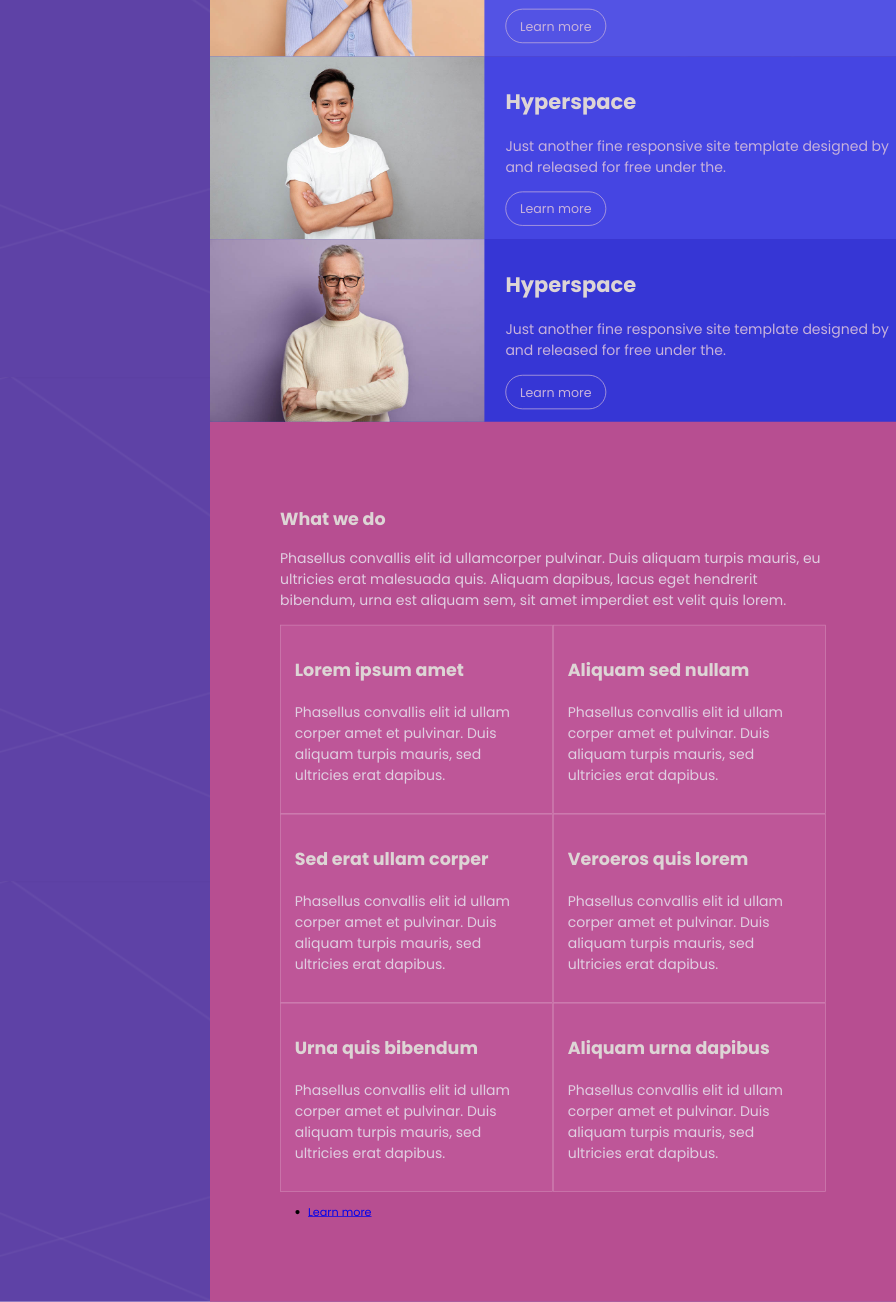
Repository: zai31/KIMIT_Tasks
Page: JsSession8/index.html
The author's editor kept a copy of each file at every save. The page is drawn from the files as they stood at one save, then again after the next save.
The browser window is 1280 px wide. The pictures show the part of the page from y = 901 to 2821 px (the page is 2761 px tall before and 2821 px after), at 70% of full size.
Backgrounds fixed to the window are drawn as part of the page.

Above is the page before, as saved 2025-09-15 20:50:56.

### JsSession8/index.html
<!DOCTYPE html>
<html lang="en">
<head>
    <meta charset="UTF-8">
    <meta name="viewport" content="width=device-width, initial-scale=1.0">
    <link rel="stylesheet" href="./css/style.css">
    <title>Responsive</title>
</head>

<body>
    <section  class="flex-section">
        <div class="menu">
        <ul>
            <li><a href="#">welcome</a></li>
            <li><a href="#">who are we</a></li>
            <li><a href="#">what we do</a></li>
            <li><a href="#">get in touch</a></li>
        </ul>
</div>
<div class="section">
    <div class="content">
      <div class="intro">
							<h1>Hyperspace</h1>
							<p>Just another fine responsive site template designed by <a href="https://html5up.net">HTML5 UP</a><br>
							and released for free under the <a href="https://html5up.net/license">Creative Commons</a>.</p>
							<button>Learn more</button>

						</div>
    <div class="overview">
        <div class="s" style="background-color: rgb(83, 83, 228);">
           <img src="./images/1.jpg" alt="">

							<div ><h1>Hyperspace</h1>
                                <p>Just another fine responsive site template designed by
							and released for free under the.</p>
							<button>Learn more</button></div>
        </div>
        <div class="s" style="background-color: rgb(69, 69, 226);">
            <img src="./images/2.jpg" alt="">
							<div >
                                           	<h1>Hyperspace</h1>
<p>Just another fine responsive site template designed by
							and released for free under the.</p>
							<button>Learn more</button></div>
        </div>
        <div class="s" style="background-color: rgb(54, 54, 213);">
            <img src="./images/3.jpg" alt="">
							<div >
                                           	<h1>Hyperspace</h1>
<p>Just another fine responsive site template designed by
							and released for free under the.</p>
							<button>Learn more</button></div>
        </div>
    <div class="what">
							<h2>What we do</h2>
							<p>Phasellus convallis elit id ullamcorper pulvinar. Duis aliquam turpis mauris, eu ultricies erat malesuada quis. Aliquam dapibus, lacus eget hendrerit bibendum, urna est aliquam sem, sit amet imperdiet est velit quis lorem.</p>
							<div class="features">
								<section>
									<span class="icon fa-code"></span>
									<h3>Lorem ipsum amet</h3>
									<p>Phasellus convallis elit id ullam corper amet et pulvinar. Duis aliquam turpis mauris, sed ultricies erat dapibus.</p>
								</section>
								<section>
									<span class="icon  fa-lock"></span>
									<h3>Aliquam sed nullam</h3>
									<p>Phasellus convallis elit id ullam corper amet et pulvinar. Duis aliquam turpis mauris, sed ultricies erat dapibus.</p>
								</section>
								<section>
									<span class="icon  fa-cog"></span>
									<h3>Sed erat ullam corper</h3>
									<p>Phasellus convallis elit id ullam corper amet et pulvinar. Duis aliquam turpis mauris, sed ultricies erat dapibus.</p>
								</section>
								<section>
									<span class="icon  fa-desktop"></span>
									<h3>Veroeros quis lorem</h3>
									<p>Phasellus convallis elit id ullam corper amet et pulvinar. Duis aliquam turpis mauris, sed ultricies erat dapibus.</p>
								</section>
								<section>
									<span class="icon  fa-link"></span>
									<h3>Urna quis bibendum</h3>
									<p>Phasellus convallis elit id ullam corper amet et pulvinar. Duis aliquam turpis mauris, sed ultricies erat dapibus.</p>
								</section>
								<section>
									<span class="icon  fa-gem"></span>
									<h3>Aliquam urna dapibus</h3>
									<p>Phasellus convallis elit id ullam corper amet et pulvinar. Duis aliquam turpis mauris, sed ultricies erat dapibus.</p>
								</section>
							</div>
							<ul class="actions">
								<li><a href="generic.html" class="button">Learn more</a></li>
							</ul>

    </div>
                        </div>
                        </div>
                    </section>
</body>
</html>

### JsSession8/CSS/style.css
@import url("https://fonts.googleapis.com/css2?family=Poppins:ital,wght@0,100;0,200;0,300;0,400;0,500;0,600;0,700;0,800;0,900;1,100;1,200;1,300;1,400;1,500;1,600;1,700;1,800;1,900&display=swap");

* {
    box-sizing: border-box;
    font-family: "Poppins", sans-serif;
}

:root {
    --sidebar-color: #312450;
    --primary-color: #5e42a6;
    --secondary-color: #b74e91;
    --section-bg-color: #c7b2dc;
    --dark-color: #000000;
    --navbar-bg-color: #273053;
    --p-color: #717275;
    --highlight-icon-color: #ff0100;
    --main-transition: 0.5s all ease-in-out;
}


html,
body {
    height: 100%;
    margin: 0;
    padding: 0;
}

.flex-section {
    display: flex;
    flex-direction: row;

}

/*side bar*/
.flex-section .menu {
    min-height: 100vh;
    /* ensures sidebar spans at least the full screen */
    height: auto;
    /* lets it grow with content */
    width: 300px;
    top: 0;
    left: 0;
    position: fixed;
    background-color: var(--sidebar-color);
    padding: 145px 30px;
    box-shadow: 0 0 10px rgba(0, 0, 0, 0.1);
}

.flex-section .menu ul {
    list-style: none;
    padding: 0;
    margin: 0;
    text-align: right;
}

.flex-section .menu ul li {
    margin-bottom: 10px;
    font-size: 20px;
    position: relative;
    /* needed for ::after positioning */
    padding-bottom: 10px;
}

.flex-section .menu ul li a {
    text-decoration: none;
    color: #8b82a1;

}

.flex-section .menu ul li::after {
    content: "";
    position: absolute;
    left: 0;
    bottom: 0;
    width: 100%;
    /* stick to the bottom */
    height: 2px;
    background-color: #8b82a1;
    /* thickness of underline */
    transition: width 0.3s ease;
}

/*use js*/
.flex-section .menu ul li a:hover::after {
    width: 100%;
    /* expand underline on hover */
}


.flex-section .menu ul li a:hover {
    color: #b5b8bf;
}

.flex-section .menu ul li a:active {
    color: #5e42a6;
}

.flex-section .menu ul li a:active::after {
    background: linear-gradient(to right, #4b0082, #8b00ff, #981196);
}






/*content first section */
.flex-section .section {
    flex: 1;
    background-color: var(--section-bg-color);
    background-attachment: fixed;
    background-image: url("../assets/css/images/Screenshot\ 2025-09-15\ 075920.png");
    background-position: top right;
    background-repeat: no-repeat;
    background-size: 100% 100%;
    padding-left: 300px;
}

.flex-section .section .content {
    display: flex;
    flex-direction: column;
    width: 100%;
}

.flex-section .section .content .intro {
    padding: 100px;
    width: 100%;
    height: 100vh;
}

.flex-section .section .content .intro h1 {
    color: rgb(221, 213, 213);
    font-size: 50px;
}

.flex-section .section .content .intro p,
.flex-section .section .content .intro a {
    color: var(--section-bg-color);
    font-size: 20px;
}

.flex-section .section .content .intro a:hover {
    color: #fefefe;
    text-decoration: none;
}

.flex-section .section .content .intro button {
    color: var(--section-bg-color);
    background-color: transparent;
    border: 1px solid var(--section-bg-color);
    padding: 10px 20px;
    border-radius: 25px;
    cursor: pointer;
    text-decoration: none;
    font-size: 18px;
}

.flex-section .section .content .intro button:hover {
    background-color: #6f54b6;
}




/*content second section */

.flex-section .section .content .overview .s {
    display: flex;
    flex-direction: row;
    align-items: center;
    gap: 30px;
}

.flex-section .section .content .overview .s h1 {
    color: rgb(221, 213, 213);
    font-size: 30px;
}

.flex-section .section .content .overview .s p {
    color: var(--section-bg-color);
    font-size: 20px;
}

.flex-section .section .content .overview .s button {
    color: var(--section-bg-color);
    background-color: transparent;
    border: 1px solid var(--section-bg-color);
    padding: 10px 20px;
    border-radius: 25px;
    cursor: pointer;
    text-decoration: none;
    font-size: 18px;
}

.flex-section .section .content .overview .s button:hover {
    background-color: rgb(77, 77, 246);
}

.flex-section .section .content .overview .s img {
    width: 40%;
}

/*what section*/

.flex-section .section .content .what {
    padding: 100px;
    width: 100%;
    background-color: var(--secondary-color);
}

.flex-section .section .content .what h3,
.flex-section .section .content .what h2 {
    color: rgb(221, 213, 213);
    font-size: 25px;
}
.flex-section .section .content .what p {
    color: #e0cee1;
    font-size: 20px;
}

.flex-section .section .content .what .features{
    display: flex;
    flex-direction: row;
    flex-wrap: wrap;
    background-color: #be5698;


}
.flex-section .section .content .what .features section {
 flex: 1 1 45%;     /* grow/shrink, ~half width with gap */
 border: 0.5px solid rgba(255, 255, 255, 0.248);
 box-sizing: border-box;
 padding: 20px;

}

After the next save:
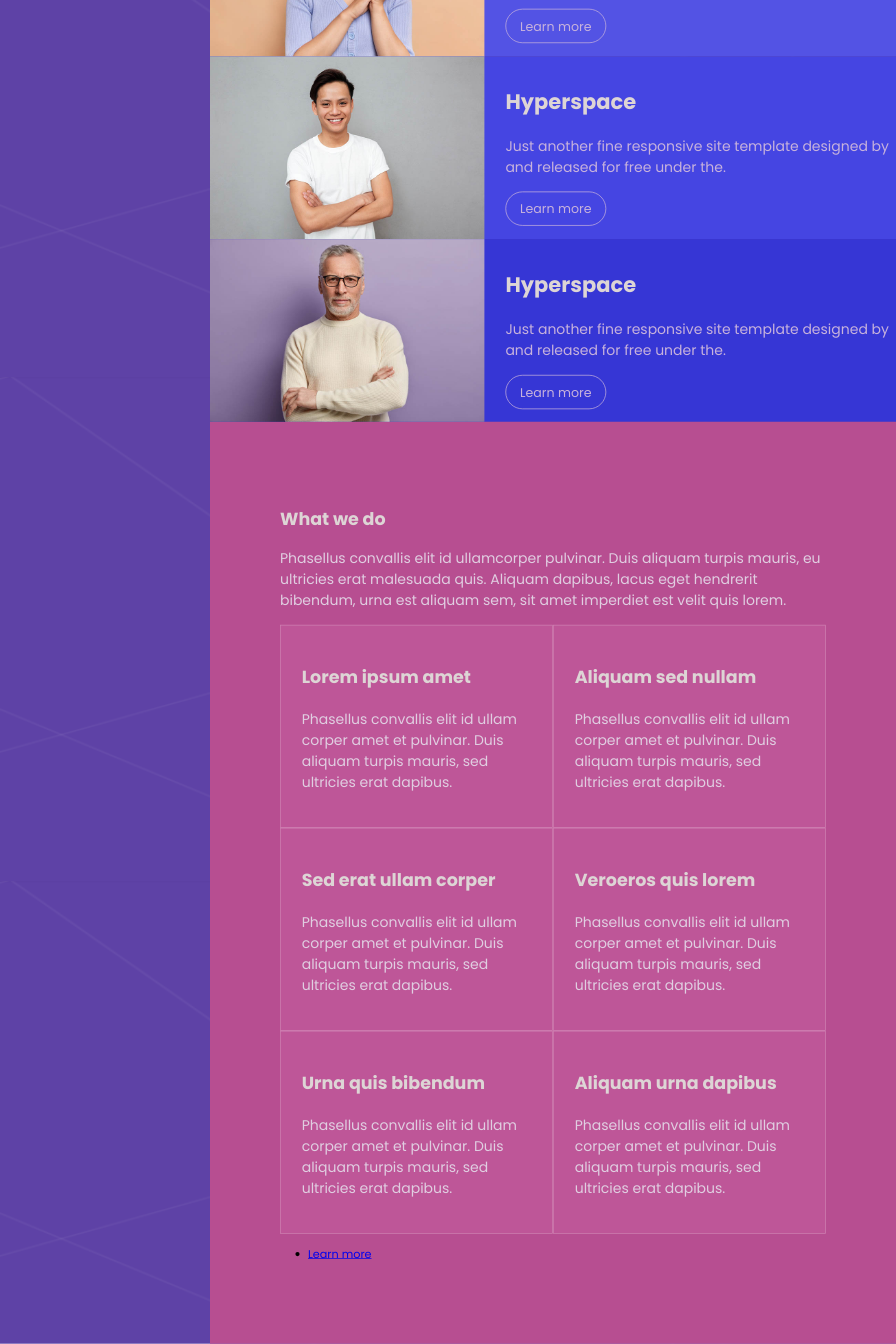
Saved 17 s later.
--- a/JsSession8/CSS/style.css
+++ b/JsSession8/CSS/style.css
@@ -230,6 +230,6 @@
  flex: 1 1 45%;     /* grow/shrink, ~half width with gap */
  border: 0.5px solid rgba(255, 255, 255, 0.248);
  box-sizing: border-box;
- padding: 20px;
-
-}
+ padding: 30px;
+
+}
